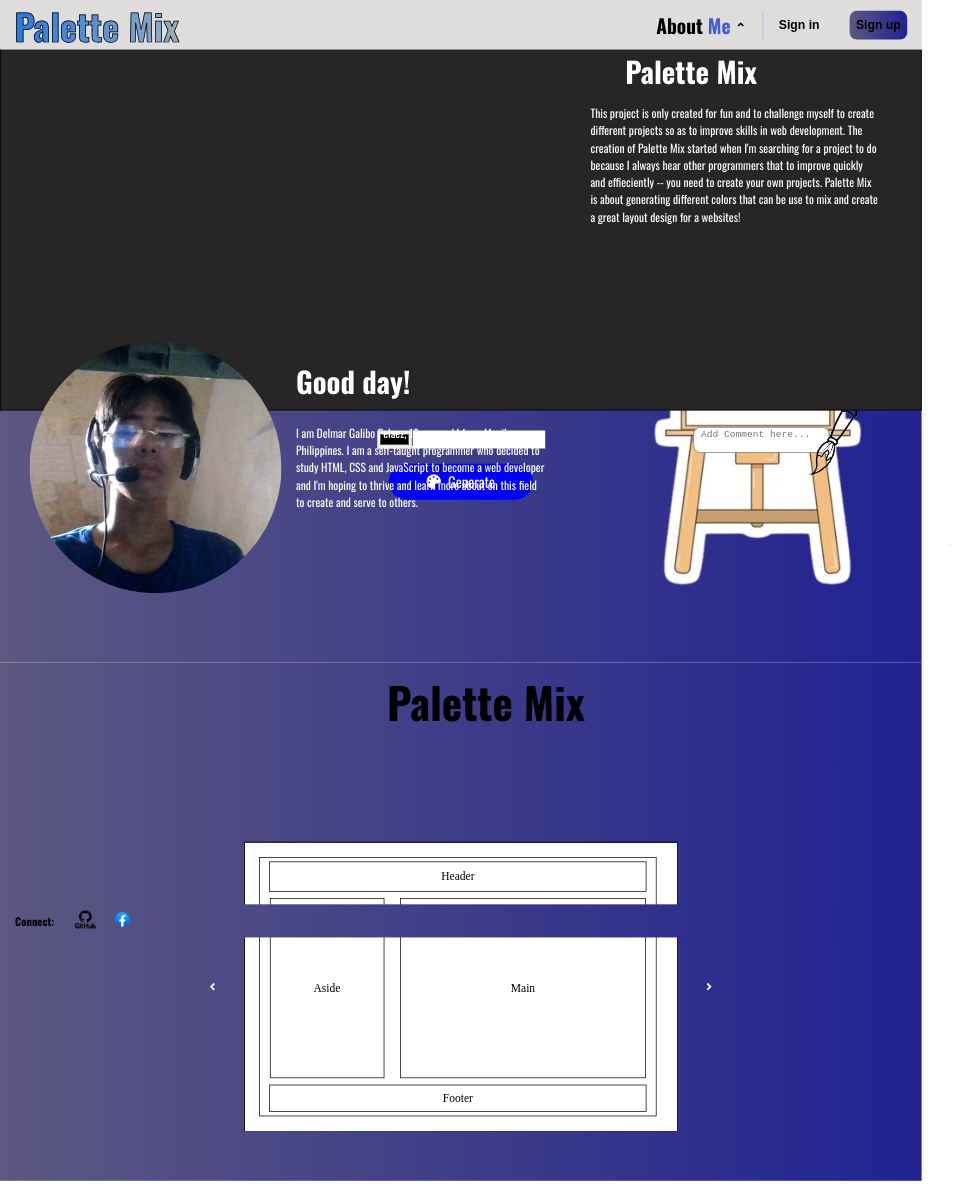
Repository: dmpelaez/Login-Signup-form
Page: Color/colorHeader.html
These files come from the project's save history. The page is drawn as it stood at one moment and after a run of saves; the edit follows.
The browser window is 1280 px wide. The page is 1353 px wide, so the pictures cover 1353 px, including what lies to the right of the window. The pictures show the whole page, at 72% of full size.
Some web libraries are served in a nearby version.

Above is the page before, as saved 2025-12-12 18:44:10.

### Color/colorHeader.html
<!DOCTYPE html>

  <html lang="en" dir="ltr">

    <head>

      <title>Palette Mix</title>
      <!--Style-->
      <link rel="stylesheet" href="colorHeader.css">
      <link rel="stylesheet" href="colorMain.css">
      <link rel="stylesheet" href="https://cdnjs.cloudflare.com/ajax/libs/font-awesome/5.14.0/css/all.min.css">
    </head>
    <body>

      <header class="color-header">
        <!--Title-->
        <a href="colorHeader.html">
          <section id="title" class="color-title">
            Palette Mix
          </section>
        </a>

        <!--End-->

        <!--Right side navigation bar-->
        <section class="navigation-bar">

          <!--About me-->
          <button class="about-me">
            <span class="aboutme">About <span class="me-text">Me</span></span>
            <i class="fas fa-angle-up"></i>
          </button>

          <!--Login & Signup form-->
          <div class="signin-signup">
            <button class="sign-in">
              Sign in
            </button>
            <button class="sign-up">
              Sign up
            </button>
          </div>
        </section>
        <!--End-->
        <div class="aboutmeSection">
          <div class="sectionAboutme">

            <img class="imageofme" alt="Creator Image" src="WIN_20241001_13_05_33_Pro.jpg">
            <P class="gd">Good day!</P>
            <p class="introduction">
              I am Delmar Galibo Pelaez, 19 years old from Manila, Philippines.
              I am a self-taught programmer who decided to study HTML, CSS and JavaScript to become
              a web developer and I'm hoping to thrive and learn more about on this field to create and serve to others.
            </p>

          </div>

          <div class="aboutThisProject">
            <h2 class="info-project">Palette Mix</h2>
            <p class="infoPalette">
              This project is only created for fun and to challenge myself to create different projects so as to improve skills in web development.
              The creation of Palette Mix started when I'm searching for a project to do because I always hear other programmers that to improve quickly and effieciently --
              you need to create your own projects. Palette Mix is about generating different colors that can be use to mix and create a great layout design for a websites!
            </p>
          </div>

          <div class="connectSection">
            <div class="contacts">
              <h2 class="connect-text">Connect:</h2>
              <a class="githubLink" href="#" target="_blank">
                 <img class="github" alt="Github" src="download__1_-removebg-preview.png">
              </a>
              <a class="facebook"  href="#" target="_blank">
                <img class="fb"  alt="Facebook" src="facebook-logo (1).png">
              </a>
            </div>

          </div>

        </div>


      </header>

      <main class="mainpage">

        <!--Main page-->
        <div class="main-page">

          <section class="title1">

            <h1 class="intro">Your color palettes generator!</h1>

            <h3 class="little-info">Create the perfect palette and get inspired by thousands of beautiful color schemes.</h3>
            <div class="sliding">
              <div class="colors">
              </div>
              <div class="colors2">
              </div>
              <div class="colors3">
              </div>
               <div class="colors4">
              </div>
            </div>

            <div class="colorSearch">
              <input type="color" class="colorbox">
              <Input type="text"  class="textbox">
              <img class="brush" src="brush.png">
              <img class="plate" src="plate.png">
              <img class="board" src="board.png">
                <div class="comment-section">
                  <h3 class="comment-text">Comment Here!</h3>
                  <ul class="comment-list"></ul>
                  <textarea class="comment-input" placeholder="Add Comment here..."></textarea>
                </div>
              </img>

            </div>

            <button class="generator">
              <i class="fas fa-palette"></i>
              Generate
            </button>
          </section>


        </div>

        <div class="theWhole">
          <div class="paletteText">Palette Mix</div>
          <div class="colorGenerator">
          </div>

          <div class="wholeDesign">
          <i id="leftIcon" class="fas fa-angle-left"></i>
              <div class="divBox">

            <!--Design 1-->


            <div class="divScroll">
              <div  class="div1">
                <div id="randomBox1" class="divpage1">
                  <header id="randomBox2" class="headerDiv1">Header</header>
                  <main  id="randomBox3" class="mainDiv1">
                    <div id="randomBox4" class="asideDiv1">Aside</div>
                    <div id="randomBox5" class="frontDiv1">Main</div>
                  </main>
                  <footer id="randomBox7" class="footerDiv1">Footer</footer>
                </div>
              </div>
              <!--Design 2-->
              <div  class="div2">
                <div id="randomBox1" class="divpage2">
                  <header id="randomBox2" class="headerDiv2">Header</header>
                    <div id="randomBox4" class="asideDiv2">Aside</div>
                    <div id="randomBox5" class="frontDiv2">Main</div>
                  <footer id="randomBox7" class="footerDiv2">Footer</footer>
                </div>
              </div>

              <!--Design 3-->

              <div  class="div3">
                <div id="randomBox1" class="divpage3">
                  <header id="randomBox2" class="headerDiv3">Header</header>
                    <div class="navBar">Navigation</div>
                    <div id="randomBox4" class="asideDiv3">Aside</div>
                    <div id="randomBox4" class="asideDiv32">Aside</div>
                    <div id="randomBox5" class="frontDiv3">Main</div>

                  <footer id="randomBox7" class="footerDiv3">Footer</footer>
                </div>
              </div>

            </div>
          </div>
          <i id="rightIcon"class="fas fa-angle-right"></i>



        </div>

        </div>


      </main>


      <script type="module" src="color.js"></script>

    </body>

  </html>

### Color/colorHeader.css
@import url('https://fonts.googleapis.com/css2?family=Anton&family=Oswald:wght@200..700&family=Poppins:ital,wght@0,100;0,200;0,300;0,400;0,500;0,600;0,700;0,800;0,900;1,100;1,200;1,300;1,400;1,500;1,600;1,700;1,800;1,900&family=Roboto:ital,wght@0,100..900;1,100..900&display=swap');

body {
  margin: 0;
  padding: 0;
}

.color-header {
  display: flex;
  justify-content: space-between;
  align-items: center;
  padding-left: 20px;
  padding-right: 20px;
  background: rgb(223, 220, 220);
  box-sizing: border-box;
  position: fixed;
  right: 0;
  left: 0;
  top: 0;
  height: 70px;
  border-bottom: 1px solid gray;
  z-index: 2;
}
@media (max-width: 670px) {
  .color-header {
    gap: 30px;
  }
}

a {
  text-decoration: none;
  flex-shrink: 0;
}

.color-title {
font-family: "Oswald", sans-serif;
font-weight: bold;
display: flex;
height: 50px;
font-size: 50px;
justify-content: start;
align-items: center;
-webkit-text-stroke: 1px black;
background: linear-gradient(90deg, rgb(41, 120, 224), rgb(150, 171, 190));
-webkit-background-clip: text;
-webkit-text-fill-color: transparent;
transition: all 0.3s ease;
cursor: pointer;
flex-shrink: 0;
}




.navigation-bar {
  display: Flex;
  justify-content: space-between;
  align-items: center;
  gap: 20px;
  height: 50px;
}
.signin-signup {
  display: Flex;
  border-left: 1px solid rgb(162, 183, 240);
  justify-content: space-between;
  align-items: center;
  gap: 30px;
  height: 40px;
  padding-left: 10px;
}

.sign-up {
  height: 40px;
  width: 80px;
  border-radius: 10px;
  border: none;
  background: transparent;
  color: black;
  font-family: arial;
  font-weight: bold;
  font-size: 17px;
  cursor: pointer;
  background: linear-gradient(90deg, rgb(92, 88, 129), rgb(32, 34, 145));
}
.sign-in {
  height: 40px;
  width: 80px;
  border-radius: 10px;
  border: none;
  background: transparent;
  color: black;
  font-family: arial;
  font-weight: bold;
  font-size: 17px;
  cursor: pointer;

}
.sign-in:hover,
.sign-up:hover {
background: linear-gradient(90deg, rgb(92, 88, 129), rgb(32, 34, 145));
  color: white;
}
.about-me {
  display: flex;
  justify-content: space-evenly;
  height: 40px;
  align-items: center;
  background-color: transparent;
  border: none;
  cursor: pointer;
  border-radius: 5px;
  flex-shrink: 0;
}
.about-me:hover {
  color: white;
  background: linear-gradient(90deg, rgb(92, 88, 129), rgb(32, 34, 145));
}
.aboutme {
  font-weight: bold;
  font-size: 27px;
  font-family: "Oswald";

}

.me-text {
  margin-right: 10px;
  color: rgb(66, 93, 212);
}

### Color/colorMain.css
@import url('https://fonts.googleapis.com/css2?family=Anton&family=Luckiest+Guy&family=Oswald:wght@200..700&family=Poppins:ital,wght@0,100;0,200;0,300;0,400;0,500;0,600;0,700;0,800;0,900;1,100;1,200;1,300;1,400;1,500;1,600;1,700;1,800;1,900&family=Roboto:ital,wght@0,100..900;1,100..900&display=swap');

body {
  height: 1580px;
}

.mainpage {
margin-top: 70px;
display: grid;
max-width: 1900px;
flex-shrink: 0;
position: relative;
}



.main-page {

}
.intro {
  font-weight: bold;
  font-size: 95px;
  white-space: wrap;
  font-family: "Oswald";
  flex-shrink: 0;
  display: flex;
  margin: 0px;
}


.aboutmeSection {
  display: grid;
  position: absolute;
  border: 1px solid black;
  background-color: rgb(39, 37, 37);
  left: 0;
  top: 100%;
  right: 0%;
  border-top: none;
  height: 500px;
  justify-content: space-between;
  align-items: center;
  grid-template-columns: 1fr 1fr;
  grid-template-rows: 1fr 100px;
}
.sectionAboutme {
  display: flex;
  height: 200px;
  justify-content: center;
 align-items: center;
 position: relative;
 gap: 20px;
 padding-left: 40px;
}
.imageofme {
  width: 350px;
  height: 350px;
  object-fit: cover;
  border-radius: 50%;
}
.introduction {
  width: 350px;
  font-family: "Oswald";
  color: white;
}
.connectSection {
  grid-column: 1 / 2 span;

  background: linear-gradient(90deg, rgb(92, 88, 129), rgb(32, 34, 145));
}
.contacts {
  display: flex;
  padding-left: 20px;
  align-items: center;
}
.gd {
  font-weight: bold;
  font-size: 40px;
  white-space: nowrap;
  position: absolute;
  top: -90px;
  left: 410px;
  color: white;
  font-family: "Oswald";
}

.fb {
  width: 20px;
  margin-left: 20px;
}
.github {
  width: 45px;
  margin-left: 20px;
}
.connect-text {
  font-family: "Oswald";
  font-size: 15px;
}
.info-project {
  color: white;
  font-weight: bold;
  font-family: "Oswald";
  font-size: 40px;
  margin: 0px;
  display: inline-block;
  margin-right: 120px;
}
.aboutThisProject {
  display: flex;
  flex-direction: column;
  justify-content: center;
  align-items: center;
  margin-bottom: 900px;
}
.infoPalette {
  color: white;
  font-family: "Oswald";
  width: 400px;
}



.title1 {
  display: flex;
  flex-direction: column;
    width: 100%;
  height: 800px;
  justify-content: start;
  position: relative;
  padding-top: 50px;
  align-items: center;
 background: linear-gradient(90deg, rgb(92, 88, 129), rgb(32, 34, 145));
 transition: background 6s ease;

}


.animate-gradient {
  animation: gradientShift 6s infinite alternate;
}

.little-info {

  font-size: 19px;
  color: rgb(0, 0, 0);
  font-family: "Poppins";
}

.letters {
  display: inline-block;
  margin: 2px;
}

.letters:hover {
  cursor: pointer;
  transition: text-shadow 0.3s ease;

  animation: wiggle 0.2s infinite alternate;
}


@keyframes wiggle {
  from {transform: translateX(0);}
  to {transform: translateX(-10px);}
}
.colors,
.colors2,
.colors3,
.colors4  {
  display: flex;

   width: 500px;
  height: 150px;
  justify-content: center;

   gap: 10px;
}
.colors div,
.colors2 div,
.colors3 div,
.colors4 div {
  display: Flex;
  height: 145px;
  flex-direction: row;
  width: 200px;
  justify-content: center;
}
.box {
  display: Flex;
  align-items: center;
  justify-content: center;
  font-weight: bold;
  font-size: 19px;
  text-transform: uppercase;
  cursor: pointer;

  border-radius: 10px;
}
.sliding {

  height: 250px;
 position: relative;
 overflow: hidden;
 margin-bottom: 20px;
}
.colors,
.colors2,
.colors3,
.colors4 {
  animation: scrollUp 6s linear infinite;

}


@keyframes scrollUp {
  0%   { transform: translateY(0); }
  25%   { transform: translateY(-50%); }
  50%   { transform: translateY(-100%); }
  75%   { transform: translateY(-150%); }
  100% { transform: translateY(-205%); }
}

.colorSearch {
  display: Flex;
  position: relative;
}
.brush {
  position: absolute;
  width: 300px;
  object-fit: cover;
  z-index: 1;
  top: -250px;
  right: -580px;
  pointer-events: none;
}
.plate {
  position: absolute;
  width: 200px;
  left: -350px;
  top: -70px;


}
.board {
  position: absolute;
  width: 600px;
  top: -330px;
  left: 230px;
  pointer-events: none;
}

.comment-section {
  position: absolute;
  right: -394px;
  bottom: -20%;
  display: flex;
  flex-direction: column;
  height: 250px;
  justify-content: end;
  text-align: center;

}
.comment-list {
position: absolute;
bottom: 10%;
display: flex;
align-items: left;
justify-content: start;

gap: 10px;
height: 140px;
width: 189px;
padding: 0;
left: -16px;
flex-direction: column;
overflow-y: scroll;
padding-left: 10px;
}
.comment-text {
  margin: 0px;
  Position: absolute;
  top: 45px;
  left: 20px;
  white-space: nowrap;
}
.comment-input {
display: flex;
position: initial;
padding-left: 10px;
text-align: middle;
align-items: center;
justify-content: center;
border-radius: 10px;
outline: none;
}
.comments {
  display: flex;
  justify-content: start;
  text-align: left;
  width: 160px;
  white-space: normal;
  word-wrap: break-word;
  word-break: break-all;
  overflow-wrap: break-word;
  border: 1px solid gray;
  padding: 10px;
  padding-right: 0px;
}


.generator {
  display: flex;
  background: blue;
  border: none;
  border-radius: 50px;
  height: 50px;
  align-items: center;
  justify-content: center;
  margin-top: 20px;
  width: 200px;
  font-family: "Oswald";
  font-size: 20px;
  color: white;
  cursor: pointer;
}
.generator i {
  margin-right: 10px;
}

.colorGenerator {
  display: flex;


  height: 200px;
  width: 100%;
  align-self: center;
 justify-self: center;
 align-items: center;
 justify-content: center;
 gap: 10px;

}
.generateColor {
  display: flex;
  border-width: 1px;
  border-radius: solid;
  width: 200px;
  height: 100px;
  justify-content: center;
  align-items: center;
  cursor: pointer;
  color: black;
}

.paletteText {
  font-weight: bold;
  font-family: "Oswald";
  font-size: 60px;
  position: absolute;
  left: 42%;
  top: 0;
  right: 50%;
  white-space: nowrap;
  top: 10px;

}

.theWhole {
  height: 100vh;
  display: flex;
  flex-direction: column;
  justify-content: center;
  align-items: center;
  position: relative;
 background: linear-gradient(90deg, rgb(92, 88, 129), rgb(32, 34, 145));
}

.divBox {
  border: 1px solid black;
  height: 400px;
  width: 600px;
  display: flex;
  align-items: center;
  justify-content: center;
  align-self: center;
  justify-self: center;
  gap: 20px;
  background-color: white;
  overflow-x: auto;
  scroll-behavior: smooth;
  position: relative;
}
.divBox::-webkit-scrollbar {
  display: none;
}
.wholeDesign {
  display: flex;
  justify-content: center;
  align-items: center;
  margin-bottom: 20px;
}


.divBox i {
  cursor: pointer;
  margin-right: 10px;
  margin-left: 10px;

}

.divScroll {
  display: flex;
  justify-content: space-evenly;
  height: 90%;
  min-width: 90%;
  position: absolute;
  left: 20px;
  background-color: white;
  gap: 30px;

}

.div1{
  display: grid;
  border: 1px solid black;
  min-height: 90%;
  width: 550px;
  flex-direction: column;
  z-index: 1;


}


.div2 {
 display: grid;
  border: 1px solid black;
  min-height: 90%;
  width: 550px;
  flex-direction: column;
  z-index: 1;

}
.div3 {
  display: grid;
  border: 1px solid black;
  min-height: 90%;
  width: 550px;
  flex-direction: column;
  z-index: 1;
  margin-right: 20px;

}





.divpage1 {
  display: flex;
   z-index: 2;
   flex-direction: column;
  height: 100%;
  min-width: 100%;
  justify-content: space-between;
  align-items: center;

}

.headerDiv1 {
  display: flex;
  align-items: center;
  justify-content: center;
  height: 40px;
  border: 1px solid black;
  min-width: 95%;
  margin-top: 5px;
  z-index: 2;
  background-color: white;
}
.mainDiv1{
  display: flex;
   z-index: 2;
  height: 70%;
  min-width: 95%;
  justify-content: space-between;

}
.footerDiv1 {
  display: flex;
  border: 1px solid black;
  min-width: 95%;
  justify-content: center;
  height: 10%;
  align-items: center;
  margin-bottom: 5px;
    z-index: 2;
    background-color: white;
}
.asideDiv1 {
  border: 1px solid black;
  min-width: 30%;
  display: flex;
  align-items: center;
  justify-content: center;
  z-index: 2;
  background-color: white;
}
.frontDiv1 {
  display: flex;
  border: 1px solid black;
  min-width: 65%;
  justify-content: center;
  align-items: center;
  z-index: 2;
  background-color: white;
}





.divpage2 {
  display: grid;
grid-template-columns: 150px 1fr 1fr 1fr;
grid-template-rows: 150px 1fr 1fr 1fr;
row-gap: 10px;
column-gap: 10px;
margin: 10px;
}
.headerDiv2 {
  grid-row: 1 / 3 span;
  display: flex;
  justify-content: center;
  align-items: center;
  border: 1px solid black;
  background-color: white;
}

.footerDiv2 {
  grid-row: 4 / 1 span;
  grid-column: 4 span;
  display: flex;
  justify-content: center;
  align-items: center;
  border: 1px solid black;
  background-color: white;
}


.frontDiv2 {
grid-column: 2 / 3 span;
grid-row: 1 / 2 span;
display: flex;
justify-content: center;
align-items: center;
border: 1px solid black;
background-color: white;
}
.asideDiv2 {
  grid-column: 2 / 3 span;
  display: flex;
  justify-content: center;
  align-items: center;
  border: 1px solid black;
  background-color: white;
}




.divpage3 {
  display: grid;
  grid-template-columns: 150px 1fr 150px;
  grid-template-rows: 50px 40px 1fr 1fr 40px;
  row-gap: 10px;
  column-gap: 10px;
  margin: 10px;

}
.headerDiv3 {
  grid-column: 1 / 3 span;
  display: flex;
  justify-content: center;
  align-items: center;
  border: 1px solid black;
  background-color: white;
}
.navBar {
  grid-column: 1 / 3 span;
  display: flex;
  justify-content: center;
  align-items: center;
  border: 1px solid black;
background-color: white;
}
.asideDiv3 {
  display: flex;
  border: 1px solid black;
  justify-content: center;
  align-items: center;
background-color: white;
}
.asideDiv32 {
  display: Flex;
  border: 1px black solid;
  grid-row: 4;
  justify-content: center;
  align-items: center;
  background-color: white;
}
.frontDiv3 {
  display: flex;
  justify-content: center;
  align-items: center;
  border: 1px solid black;
  grid-row: 3 / 2 span;
  grid-column: 2 / 2 span;
  background-color: white;
}
.footerDiv3 {
  display: Flex;
  align-items: center;
  justify-content: center;
  border: 1px solid black;
  grid-column: 1 / 3 span;
  background-color: white;
}




#leftIcon {
  cursor: pointer;
  color: white;
  margin-right: 20px;
  padding: 20px;
}
#rightIcon {
  cursor: pointer;
  margin-left: 20px;
  padding: 20px;
 color: white;
}

Loaded but not shown: Color/color.js (458 lines, source omitted)

After the next 4 saves:
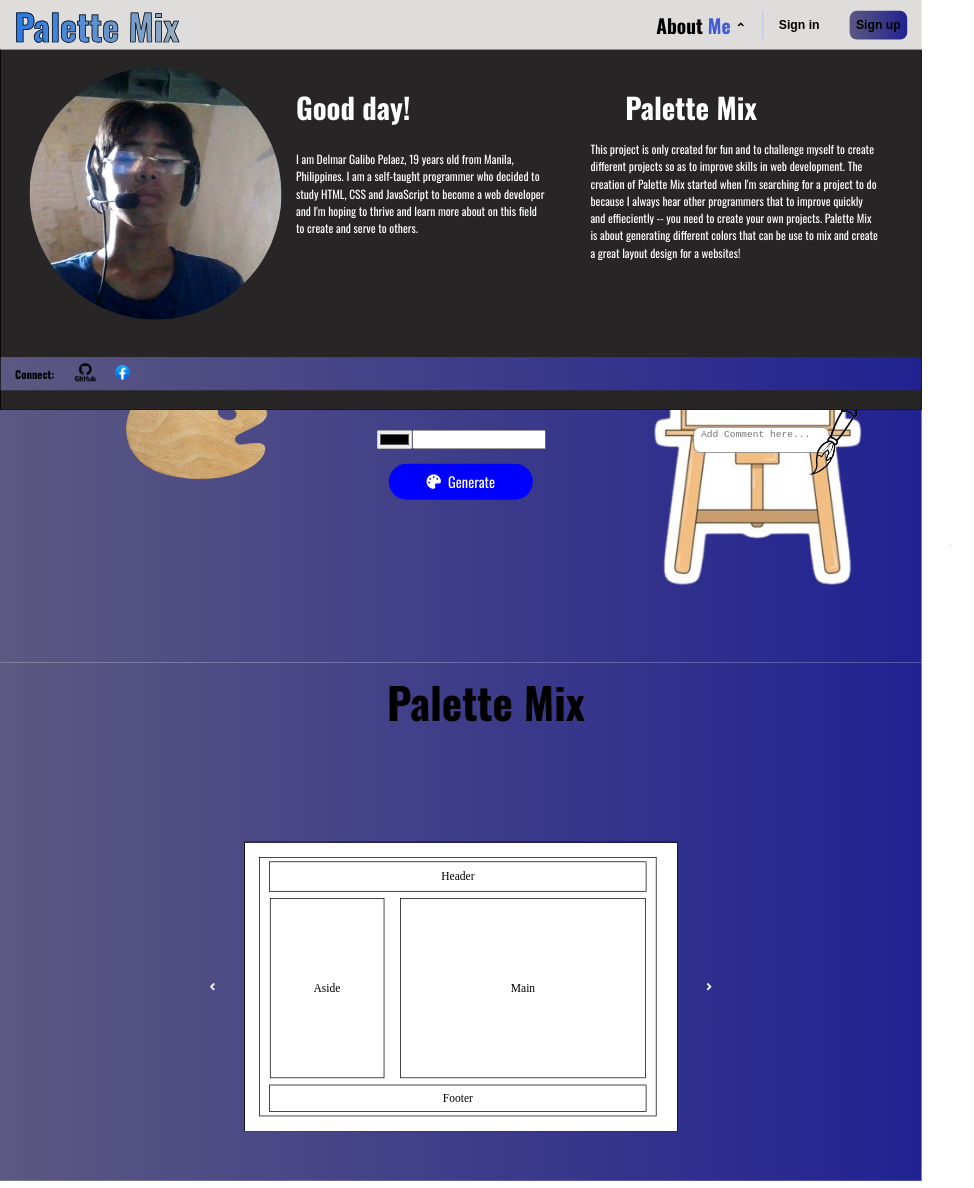
The 4 saves are shown as one change because they came seconds apart.
The last was saved 7 s later.
--- a/Color/colorMain.css
+++ b/Color/colorMain.css
@@ -110,7 +110,7 @@ position: relative;
   flex-direction: column;
   justify-content: center;
   align-items: center;
-  margin-bottom: 900px;
+  margin-bottom: 40px;
 }
 .infoPalette {
   color: white;
